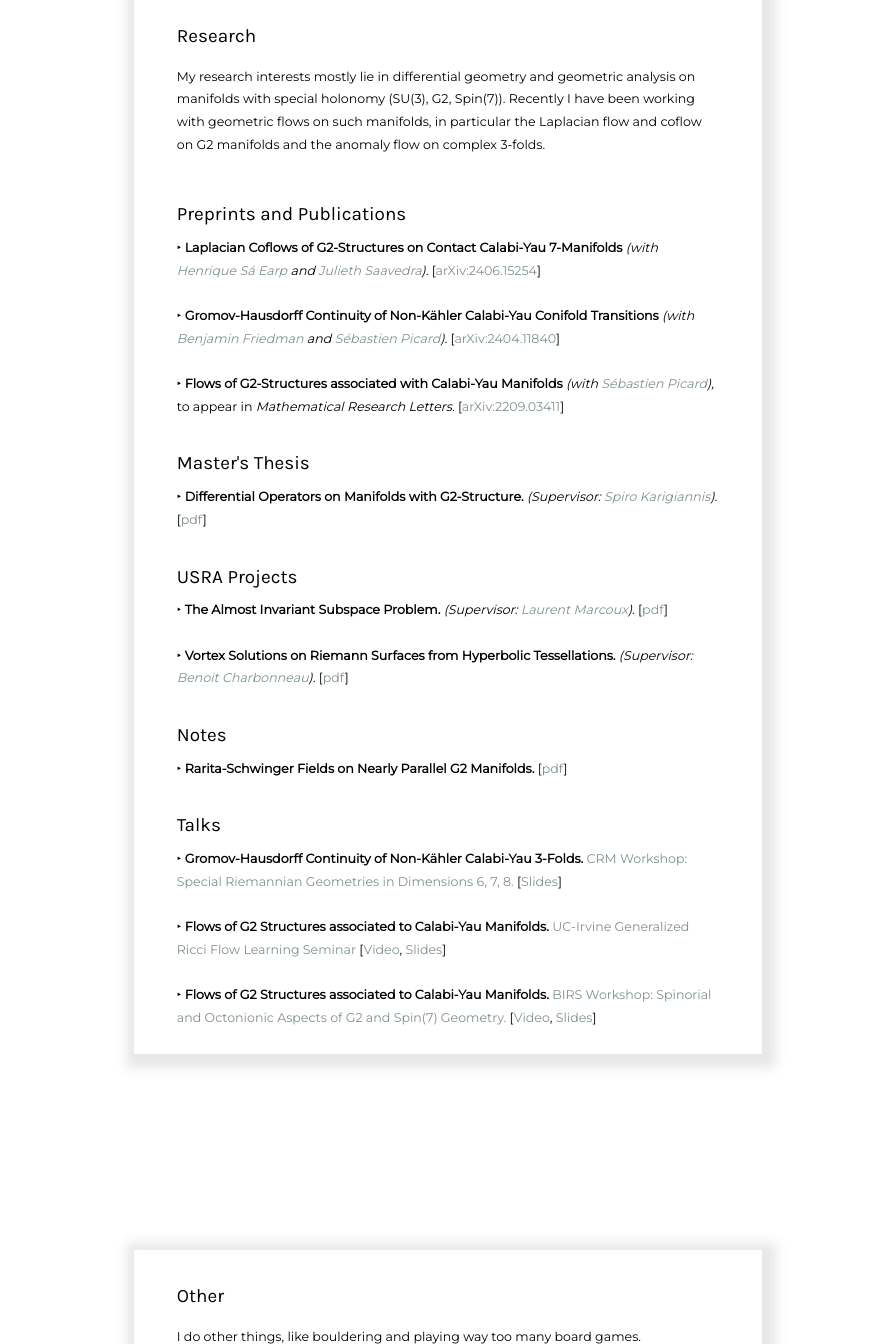
Repository: calebsuan/calebsuan.github.io
Page: index.html
An editor plug-in stored every save of this project. The page is shown before and after the next save, followed by the edit.
The browser window is 1280 px wide. The pictures show the part of the page from y = 1139 to 3059 px (the page is 4128 px tall), at 70% of full size.

Above is the page before, as saved 2024-06-30 02:12:53.

### index.html
<!DOCTYPE html>
<html lang="en">
<head>
    <meta charset="UTF-8">
    <meta http-equiv="X-UA-Compatible" content="IE=edge">
    <meta name="viewport" content="width=device-width, initial-scale=1.0">
    <link rel="stylesheet" href="index.css">
    <title>Caleb Suan</title>
    <link rel="icon" type="image/x-icon" href="Duck.png">
</head>


<body>

    <div class="rect">

    </div>

    <div class="background">

        <img src="BI2.jpg" alt="Background" width="auto" height="100%">

    </div>


    <menu>

        <a class="Head3" id="aboutmenu" href="#about">

            About

        </a>

        <a class="Head3" id="researchmenu" href="#research">

            Research

        </a>

        <a class="Head3" id="othermenu" href="#other">

            Other

        </a>

    </menu>


    <div class="midContainer">

        <about class="center" id="about">

            <div class="gap">

            </div>

            <div class ="inner">

                <div class="rightbox sidePanel">

                    <div class="picborder">

                        <img src="PP.jpg" alt="Snoop Snop" width="100%" height="auto">

                    </div>

                    </br>

                    <div class="wordbox Head3">

                        <div class="Head1">

                            Caleb Suan (孙凯文)

                        </div>

                        <div class="Head2">

                            <i>PhD Student</i>

                            </br>

                        </div>

                        <div class="Head4">

                            Department of Mathematics

                            </br>

                            The University of British Columbia

                            </br>
                        </div>

                        </br>

                        &#x2709;:
                        <a href="mailto:calebkw@math.ubc.ca">calebkw@math.ubc.ca</a>

                        <br>

                        <img src="LI.png" alt="LinkedIn Logo" width="14.75vw" height="100%">:
                        <a href="https://www.linkedin.com/in/caleb-suan-898692208/" target="_blank">caleb-suan-898692208</a>

                    </div>

                </div>


                <div class="leftbox Head4">

                    <div class="Head1">

                        About Me

                    </div>

                    <p>

                        I am a PhD student studying mathematics at the University of British Columbia under the supervision of
                        <a href="https://personal.math.ubc.ca/~spicard/" target="_blank">S&eacute;bastien Picard</a>.
                        I obtained my BMath from the University of Waterloo, where I held USRAs under
                        <a href="http://www.math.uwaterloo.ca/~bcharbon/" target="_blank">Benoit Charbonneau</a> and
                        <a href="http://www.math.uwaterloo.ca/~lwmarcou/" target="_blank">Laurent Marcoux</a>.
                        I also got my MMath at UWaterloo, with
                        <a href="https://www.math.uwaterloo.ca/~karigian/index.html" target="_blank">Spiro Karigiannis</a> as my supervisor.

                    </p>

                    <p>

                        My main research interests are in differential geometry and geometric analysis, especially with regard to manifolds with special holonomy.

                    </p>

                    <p>

                        A copy of my CV can be found
                        <a href="Caleb_Suan_CV_Jun_2024.pdf" target="_blank">here</a>.

                    </p>


                </div>

            </div>

        </about>


        <research class="center" id="research">

            <div class="gap">

            </div>

            <div class="inner">

                <div class ="wordbox Head4">

                    <div class="Head1">

                        Research

                    </div>

                    <p>

                        My research interests mostly lie in differential geometry and geometric analysis on manifolds with special holonomy (SU(3), G2, Spin(7)).
                        Recently I have been working with geometric flows on such manifolds, in particular the Laplacian flow and coflow on G2 manifolds and the anomaly flow on complex 3-folds.

                    </p>

                    </br>

                    <div class="pubs">

                        <div class="Head1">

                            Preprints and Publications

                        </div>

                        <div class="item">

                            &#8227; <b>Laplacian Coflows of G2-Structures on Contact Calabi-Yau 7-Manifolds</b> <i>(with
                            <a href="https://www.ime.unicamp.br/~hqsaearp/" target="_blank">Henrique S&aacute; Earp</a> and
                            <a href="https://sites.google.com/view/website-julieth-saavedra" target="_blank">Julieth Saavedra</a>).</i>
                            [<a href="https://arxiv.org/abs/2406.15254" target="_blank">arXiv:2406.15254</a>]

                        </div>

                        </br>

                        <div class="item">

                            &#8227; <b>Gromov-Hausdorff Continuity of Non-K&auml;hler Calabi-Yau Conifold Transitions</b> <i>(with
                            <a href="https://personal.math.ubc.ca/~benji/" target="_blank">Benjamin Friedman</a> and
                            <a href="https://personal.math.ubc.ca/~spicard/" target="_blank">S&eacute;bastien Picard</a>).</i>
                            [<a href="https://arxiv.org/abs/2404.11840" target="_blank">arXiv:2404.11840</a>]

                        </div>

                        </br>

                        <div class="item">

                            &#8227; <b>Flows of G2-Structures associated with Calabi-Yau Manifolds</b> <i>(with
                            <a href="https://personal.math.ubc.ca/~spicard/" target="_blank">S&eacute;bastien Picard</a>),</i> to appear in <i>Mathematical Research Letters</i>.
                            [<a href="https://arxiv.org/abs/2209.03411" target="_blank">arXiv:2209.03411</a>]

                        </div>

                    </div>

                    </br>

                    <div class="pubs">

                        <div class="Head1">

                            Master's Thesis

                        </div>

                        <div class="item">

                            &#8227; <b>Differential Operators on Manifolds with G2-Structure.</b> <i>(Supervisor:
                            <a href="https://www.math.uwaterloo.ca/~karigian/index.html" target="_blank">Spiro Karigiannis</a>).</i>
                            [<a href="Differential Operators on Manifolds with G2-Structure.pdf" target="_blank">pdf</a>]

                        </div>

                    </div>

                    </br>

                    <div class="pubs">

                        <div class="Head1">

                            USRA Projects

                        </div>

                        <div class="item">

                            &#8227; <b>The Almost Invariant Subspace Problem.</b> <i>(Supervisor:
                            <a href="http://www.math.uwaterloo.ca/~lwmarcou/" target="_blank">Laurent Marcoux</a>).</i>
                            [<a href="The Almost Invariant Subspace Problem.pdf" target="_blank">pdf</a>]

                        </div>

                        </br>

                        <div class="item">

                            &#8227; <b>Vortex Solutions on Riemann Surfaces from Hyperbolic Tessellations.</b> <i>(Supervisor:
                            <a href="http://www.math.uwaterloo.ca/~bcharbon/" target="_blank">Benoit Charbonneau</a>).</i>
                            [<a href="Vortex Solutions on Riemann Surfaces from Hyperbolic Tessellations.pdf" target="_blank">pdf</a>]

                        </div>

                    </div>

                    </br>

                    <div class="pubs">

                        <div class="Head1">

                            Notes

                        </div>

                        <div class="item">

                            &#8227; <b>Rarita-Schwinger Fields on Nearly Parallel G2 Manifolds.</b>
                            [<a href="Rarita_Schwinger Fields on Nearly Parallel G2 Manifolds.pdf" target="_blank">pdf</a>]

                        </div>

                    </div>

                    </br>

                    <div class="pubs">

                        <div class="Head1">

                            Talks

                        </div>

                        <div class="item">

                            &#8227; <b>Gromov-Hausdorff Continuity of Non-K&auml;hler Calabi-Yau 3-Folds.</b>
                            <a href="https://www.crmath.ca/en/activities/#/type/activity/id/3894" target="_blank">CRM Workshop: Special Riemannian Geometries in Dimensions 6, 7, 8.</a>
                            [<a href="CRM_Talk.pdf" target="_blank">Slides</a>]

                        </div>

                        </br>

                        <div class="item">

                            &#8227; <b>Flows of G2 Structures associated to Calabi-Yau Manifolds.</b>
                            <a href="https://generalizedricciflow.wordpress.com/" target="_blank">UC-Irvine Generalized Ricci Flow Learning Seminar</a>
                            [<a href="https://www.youtube.com/watch?v=NHWo60-CuSs" target="_blank">Video</a>,
                            <a href="UC_I_GRF_Learning_Seminar_Talk.pdf" target="_blank">Slides</a>]

                        </div>

                        </br>

                        <div class="item">

                            &#8227; <b>Flows of G2 Structures associated to Calabi-Yau Manifolds.</b>
                            <a href="https://www.birs.ca/events/2023/5-day-workshops/23w5006" target="_blank">BIRS Workshop: Spinorial and Octonionic Aspects of G2 and Spin(7) Geometry.</a>
                            [<a href="https://www.birs.ca/events/2023/5-day-workshops/23w5006/videos/watch/202305311100-Suan.html" target="_blank">Video</a>,
                            <a href="BIRS_Talk.pdf" target="_blank">Slides</a>]

                        </div>

                    </div>

                </div>

            </div>

        </research>


        <other class="center" id="other">

            <div class="gap">

            </div>

            <div class="inner">

                <div class ="wordbox Head4">

                    <div class="Head1">

                        Other

                    </div>

                    <p>

                        I do other things, like bouldering and playing way too many board games.

                    </p>

                    <div class="pubs">

                        <div class="Head1">

                            Some Board Games I Like

                        </div>

                        <div class="item">

                            <p>

                                &#8227; Arkham Horror: The Card Game

                            </p>

                            <p>

                                &#8227; Brass: Birmingham

                            </p>

                            <p>

                                &#8227; Tzolk'in: The Mayan Calendar

                            </p>

                            <p>

                                &#8227; Great Western Trail (Second Edition)

                            </p>

                            <p>

                                &#8227; Tekhenu: Obelisk of the Sun

                            </p>

                            <p>

                                &#8227; Teotihuacan: City of Gods

                            </p>

                            <p>

                                &#8227; Letter Jam

                            </p>

                            <p>

                                &#8227; Spirit Island (with Branch and Claw and Jagged Earth Expansions)

                            </p>

                            <p>

                                &#8227; Neta-Tanka

                            </p>

                            <p>

                                &#8227; Sidereal Confluence: Trading and Negotiation in the Elysian Quadrant

                            </p>

                        </div>

                    </div>

                    <div class="pubs">

                        <div class="Head1">

                            Links

                        </div>

                        <div class="item">

                            BoardGameGeek: <a href="https://boardgamegeek.com/user/caleskws" target="_blank">caleskws</a>

                        </div>

                    </div>

                </div>

            </div>

        </other>

        <div class="footr Head5">

            &#129414; &#x1F9A5; &#x1F9A6; &#x1F994;

            <br>

            Website designed by Caleb Suan and Amy Tan

            <br>

            Last Updated on June 26, 2024 by Caleb Suan

        </div>

    </div>

</body>

</html>

### index.css
@import url('https://fonts.googleapis.com/css2?family=Karla:ital,wght@0,400;0,500;1,400&display=swap');
@import url('https://fonts.googleapis.com/css2?family=Montserrat&display=swap');

*{
    overflow-x: hidden;
}

html {
    scroll-behavior: smooth;
  }


body{
    margin: 0px;
    font-family: 'Montserrat', sans-serif;
}

.rect{
    width: 100%;
    overflow-x: hidden;
    top: 0px;
    height: 60px;
    position: fixed;
    background-color:#000000d3;
    z-index: 5;
    opacity: 0%;
}


.background{
    height:100%;
    width:auto;
    position:fixed;
    opacity: 90%;
}

.left {

    right: none;
    left: 0px;

}

.right {

    right: 0px;
    left: none;

}

.rightbox{
    width: 36.5%;
    height: auto;
    right: 3.5%;
    position: relative;
    float: right;
}
.leftbox{
    width: 49.5%;
    height: auto;
    left: 3.5%;
    position: relative;
    float: left;
}

.Container {

    margin: 0px;
    padding-top: 70px;
    height: 100%;

    width: 18vw;
    position: fixed;
    color:aliceblue;

    z-index: 7;

}

.midContainer {

    display: block;
    height: auto;
    width: 70%;

    margin-left: auto;
    margin-right: auto;
    position: relative;

    overflow-x: visible;

}

/* font size big (1) to small (4)*/
.Head1{

    font-size: 27px;
    font-family: 'Karla', sans-serif;
    margin-top: 8px;
    margin-bottom: 8px;
}

.Head2{

    font-size:18px;
    margin-top: 5px;
    margin-bottom: 5px;

}

.Head3{

    font-size: 17px;
    margin-top: 3px;
    margin-bottom: 3px;

}

.Head4{

    font-size: min(max(2vw,12px),18px);
    margin-top: 3px;
    margin-bottom: 3px;
    font-family: 'Montserrat', sans-serif;
    line-height: 1.8;

}

.Head5{

    font-size: min(max(2vw,9.5px),18px);
    margin-top: 3px;
    margin-bottom: 3px;
    font-family: 'Montserrat', sans-serif;
    line-height: 1.8;

}

/* components */

menu{
    position: fixed;
    z-index: 7;
}

menu a{
    display: block;
    width: 100px;
    height: 20px;
    padding: 10px;
    color: #323f3c;
    text-align: center;
    position: absolute;
}

menu a:link{
    text-decoration: none;
}
menu a:visited{
    text-decoration: none;
}
menu a:hover{
    text-decoration: none;
}
menu a:active{
    text-decoration: none;
}

menu a:hover{
    color: #85745a;
    opacity: 100%;
}

#aboutmenu{
    top: 95px;
    right: 85vw;
    position: fixed;
}

#researchmenu{
    top: 135px;
    right: 85vw;
    position: fixed;
}

#othermenu{
    top: 175px;
    right: 85vw;
    position: fixed;
}


.center{
    margin-left: auto;
    margin-right: auto;
    width: 100%;
    height: auto;
    min-height: 700px;
    position: relative;
}

.inner{
    display: block;
    margin-left: auto;
    margin-right: auto;
    height: auto;
    min-height: 700px;
    position: relative;
    padding: 3.5% 3.5% 3.5% 3.5%;
    background-color: rgba(255, 255, 255, 0.856);
    margin-bottom: 200px;
    box-shadow: 5px 5px 15px 15px rgba(94, 89, 89, 0.144);
}

.inner a:link{
    color: #7f928d;
    text-decoration: none;
}
.inner a:visited{
    color: #85745a;
    text-decoration: none;
}
.inner a:hover{
    color: #17240efa;
    text-decoration: none;
}
.inner a:active{
    text-decoration: none;
}

.picborder{
    display: block;
    min-width: 200px;
    min-height: 200px;
    max-width: 320px;
    max-height: 320px;
    width: 18vw;
    height: 18vw;
    overflow: hidden;
    margin-left: auto;
    margin-right: auto;
    border-radius: 50%;
    z-index: 4;
}

.wordbox{
    position: relative;
    width: 93%;
    padding-left: 3.5%;
    padding-right: 3.5%;
    height: auto;
}

.sidePanel{
    border-style: solid;
    border-color:#c2ccd5d7;
    border-width: 3px;
    padding-top: 2vw;
    padding-bottom: 2vw;
}

.gap {
    min-height: 80px;
    width: 100%;
    position: relative;
    opacity:0%;
    z-index: 0;
}


.footr{
    width: 100%;
    overflow-x: hidden;
    height: auto;
    margin-bottom: 30px;
    position: relative;
    background-color:#a7b8bf00;
    z-index: 5;
    color: #e7dfd4;
    text-align: center;
}


/* ------------------------------------------------


RESPONSIVE LAYOUT



--------------------------------------------------*/

@media only screen and (max-width: 1000px) {


    .rect{
        opacity: 100%;
        z-index: 5;
    }

    .rightbox{
        display: block;
        float: none;
        width: 93%;
        left: 0px;
        right: 0px;
        margin-left: auto;
        margin-right: auto;
    }
    .leftbox{
        float: left;
        width: 93%;
    }

    .Container {
        margin: 0px;
        padding-top: 70px;
        height: 100%;
        background-color: #17240e00;
        width: 8vw;
        position: fixed;
        color:aliceblue;
        z-index: 5;
        overflow: visible;
    }

    .midContainer {

        width: 80%;


    }

    /* components */

    menu a{
        display: block;
        width: 70px;
        color: white;
        text-align: center;
        position: absolute;
        font-size: min(0.5vw, 20px);
        z-index: 7;
    }

    menu a:link{
        text-decoration: none;
    }
    menu a:visited{
        text-decoration: none;
    }
    menu a:hover{
        text-decoration: none;
    }
    menu a:active{
        text-decoration: none;
    }

    menu a:hover{
        color: #85745a;
        opacity: 100%;
    }

    #aboutmenu{
        top: 10px;
        left: 14vw;
        position: fixed;
    }

    #researchmenu{
        top: 10px;
        left: 24vw;
        position: fixed;
    }

    #othermenu{
        top: 10px;
        left: 34vw;
        position: fixed;
    }


    .inner{
        padding: 3.5% 3.5% 3.5% 3.5%;
    }

    .picborder{
        display: block;
        min-width: 200px;
        min-height: 200px;
        max-width: 320px;
        max-height: 320px;
        width: 26vw;
        height: 26vw;
        overflow: hidden;
        border-radius: 50%;
        position:absolute;
        right: 3.5%;
    }

    .wordbox{
        display: block;
        position: relative;
        height: auto;
    }

    .sidePanel{
        border-style: solid;
        border-color:#c2ccd5d7;
        border-width: 3px;
        padding-top: 2vw;
        padding-bottom: 2vw;
        max-height: 320px;
        min-height: 220px;
        height: 26vw;
    }

    .gap {
        min-height: 120px;
    }


}



/*-----------------------------------------------------

Mobile Responsive

-----------------------------------------------------*/

@media only screen and (max-width: 760px) {


    .rect{
        opacity: 0%;
    }

    .Container {
        background-color: #17240efa;
        width: 0vw;
    }

    .midContainer {

        width: 80%;


    }

    .picborder{
        left: 0px;
        right: 0px;
        position: relative;
        height: 40vw;
        width: 40vw;
        margin-top: 2vw;
        margin-left: auto;
        margin-right: auto;
        max-height: 200px;
        max-width: 200px;
    }

    .wordbox{
        position: relative;
    }


    .sidePanel{
        border-style: solid;
        border-color:#c2ccd5d7;
        border-width: 3px;
        padding-top: 2vw;
        padding-bottom: 2vw;
        max-height: 500px;
        min-height: 420px;
        height: 60vw;
        max-width: 80vw;
    }


    menu a{
        display: block;
        width: 8vw;
        padding: 10px;
        margin: 3px;
        color:#17240efa;
        text-align: right;
        position: absolute;
        margin-right: 1px;
        margin-left: auto;
        background-color: rgba(255, 255, 255, 0);
        padding-top: 30px;
        padding-bottom: 30px;
        left: -15px;
        font-size: min(0.5vw, 20px);
        opacity: 0%;
    }

    menu a:link{
        text-decoration: none;
    }
    menu a:visited{
        text-decoration: none;
    }
    menu a:hover{
        text-decoration: none;
    }
    menu a:active{
        text-decoration: none;
    }

    menu a:hover{
        color: #85745a;
        opacity: 0%;
    }

    .gap{
        min-height: 30px;
        height: 30px;
        width: 100%;
    }

    .inner{
        margin-bottom: 40px;
    }


}

After the next save:
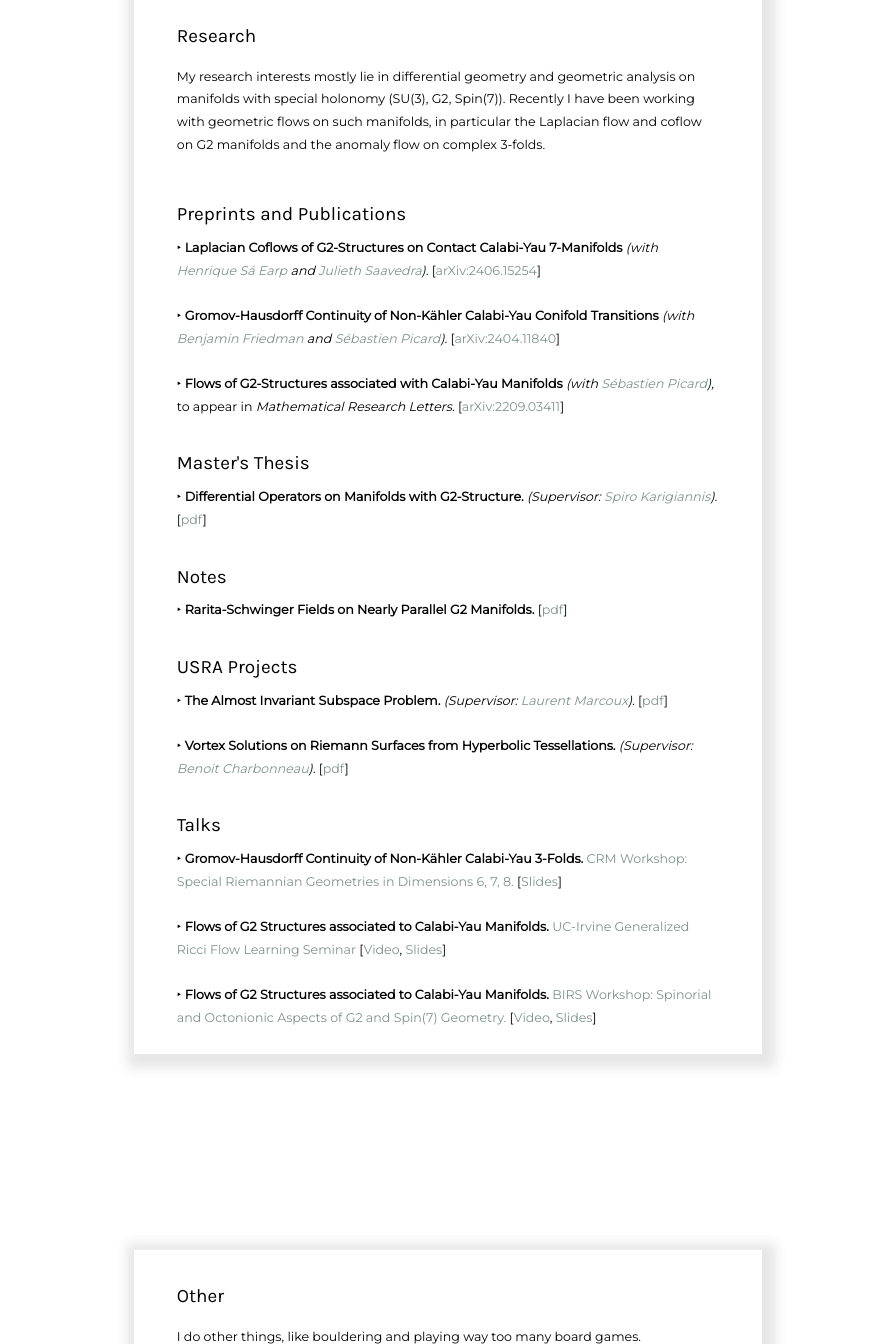
Saved 93 s later.
--- a/index.html
+++ b/index.html
@@ -236,6 +236,26 @@
 
                     </br>
 
+
+                    <div class="pubs">
+
+                        <div class="Head1">
+
+                            Notes
+
+                        </div>
+
+                        <div class="item">
+
+                            &#8227; <b>Rarita-Schwinger Fields on Nearly Parallel G2 Manifolds.</b>
+                            [<a href="Rarita_Schwinger Fields on Nearly Parallel G2 Manifolds.pdf" target="_blank">pdf</a>]
+
+                        </div>
+
+                    </div>
+
+                    </br>
+
                     <div class="pubs">
 
                         <div class="Head1">
@@ -259,25 +279,6 @@
                             &#8227; <b>Vortex Solutions on Riemann Surfaces from Hyperbolic Tessellations.</b> <i>(Supervisor:
                             <a href="http://www.math.uwaterloo.ca/~bcharbon/" target="_blank">Benoit Charbonneau</a>).</i>
                             [<a href="Vortex Solutions on Riemann Surfaces from Hyperbolic Tessellations.pdf" target="_blank">pdf</a>]
-
-                        </div>
-
-                    </div>
-
-                    </br>
-
-                    <div class="pubs">
-
-                        <div class="Head1">
-
-                            Notes
-
-                        </div>
-
-                        <div class="item">
-
-                            &#8227; <b>Rarita-Schwinger Fields on Nearly Parallel G2 Manifolds.</b>
-                            [<a href="Rarita_Schwinger Fields on Nearly Parallel G2 Manifolds.pdf" target="_blank">pdf</a>]
 
                         </div>
 
